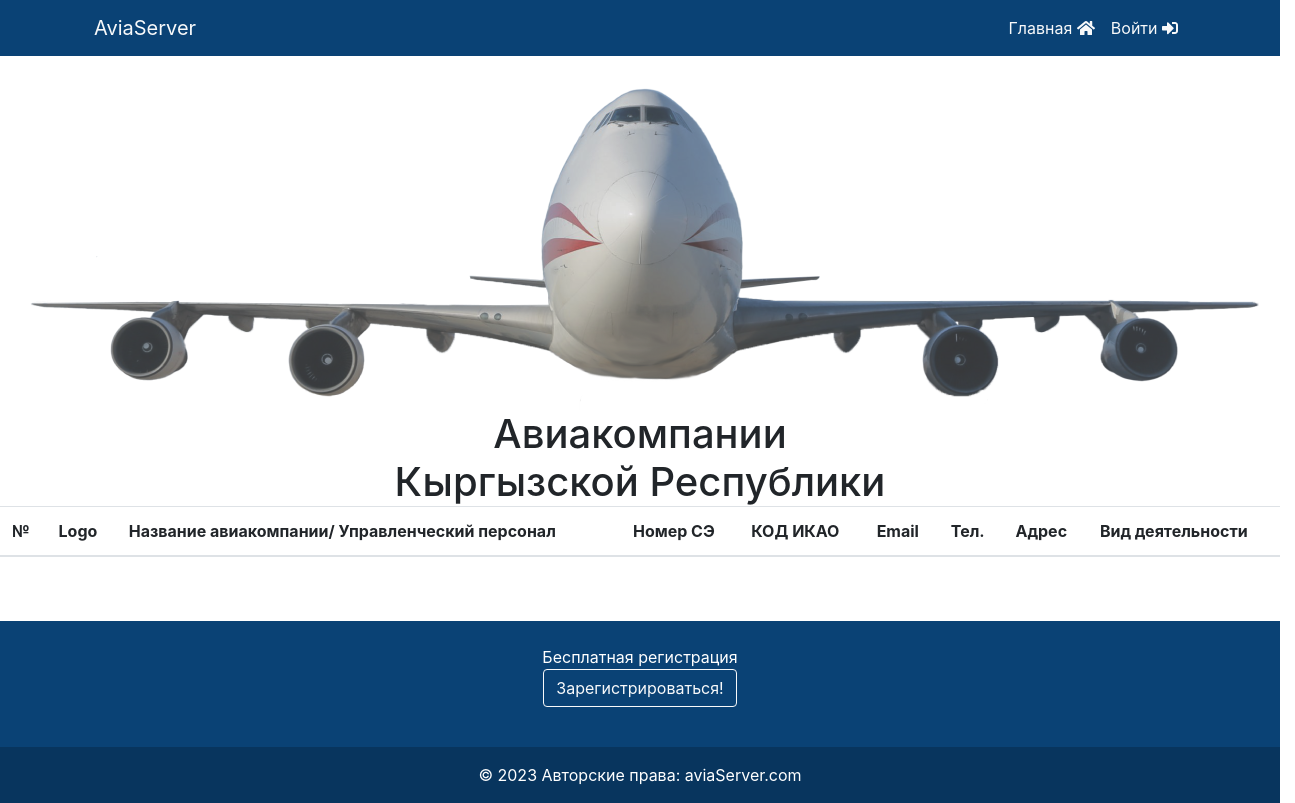
Repository: sulimonn/aviaServer
Page: products/templates/products/index.html
These files come from the project's save history. The page is drawn as it stood at one moment and after the next save; the edit follows.
The browser window is 1280 px wide. The page is 1295 px wide, so the pictures cover 1295 px, including what lies to the right of the window. The pictures show the whole page.
Some web libraries are served in a nearby version. The template is drawn by Django 4.2. The application's start-up code is not run. The template is opened directly, without the code that normally fills it, so the values that code supplies are empty.

Above is the page before, as saved 2023-08-13 23:10:40.

After the next save:
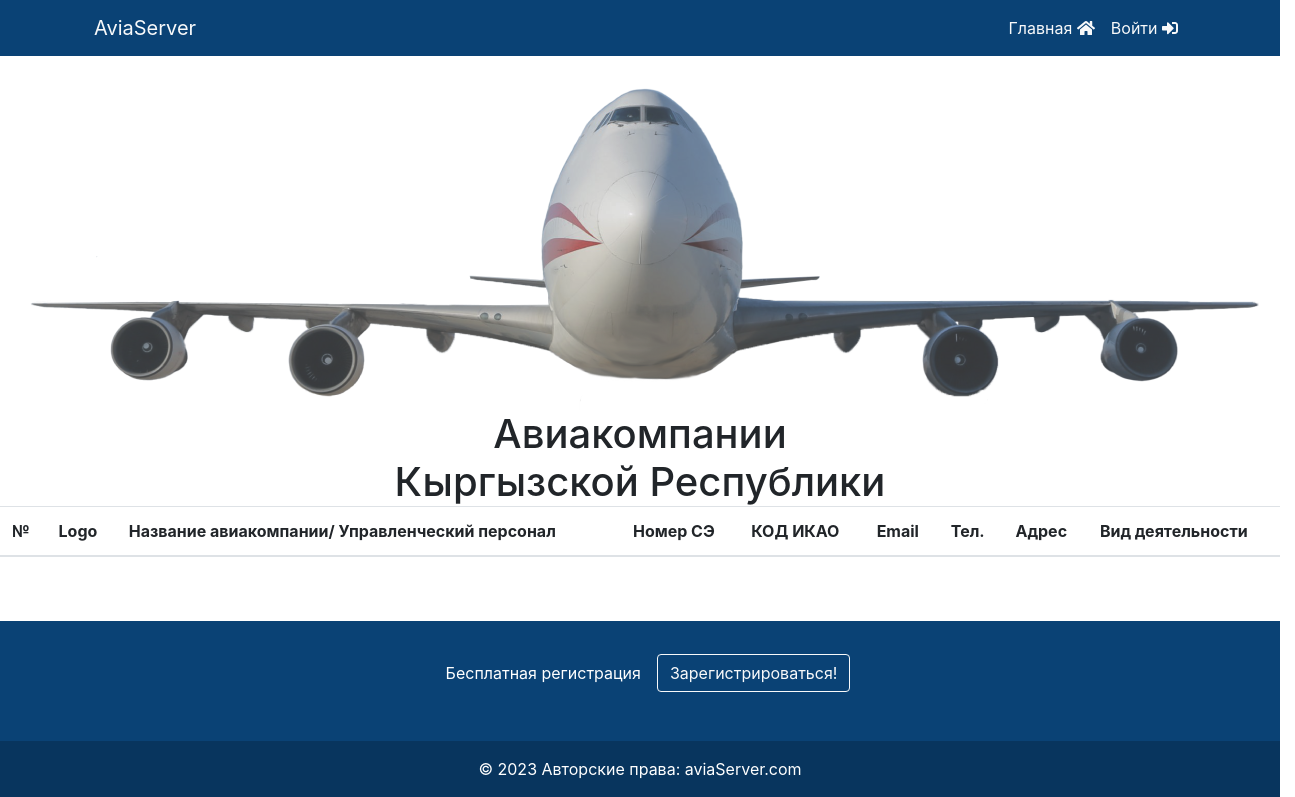
Saved 24 s later.
--- a/products/templates/products/base.html
+++ b/products/templates/products/base.html
@@ -69,8 +69,8 @@
     <div class="container p-4 pb-0">
       <!-- Section: CTA -->
       <section class="">
-        <span class="me-3">Бесплатная регистрация</span>
         <p class="d-flex justify-content-center align-items-center">
+          <span class="m-3">Бесплатная регистрация</span>
           <button type="button" class="btn btn-outline-light btn-rounded">
             Зарегистрироваться!
           </button>
